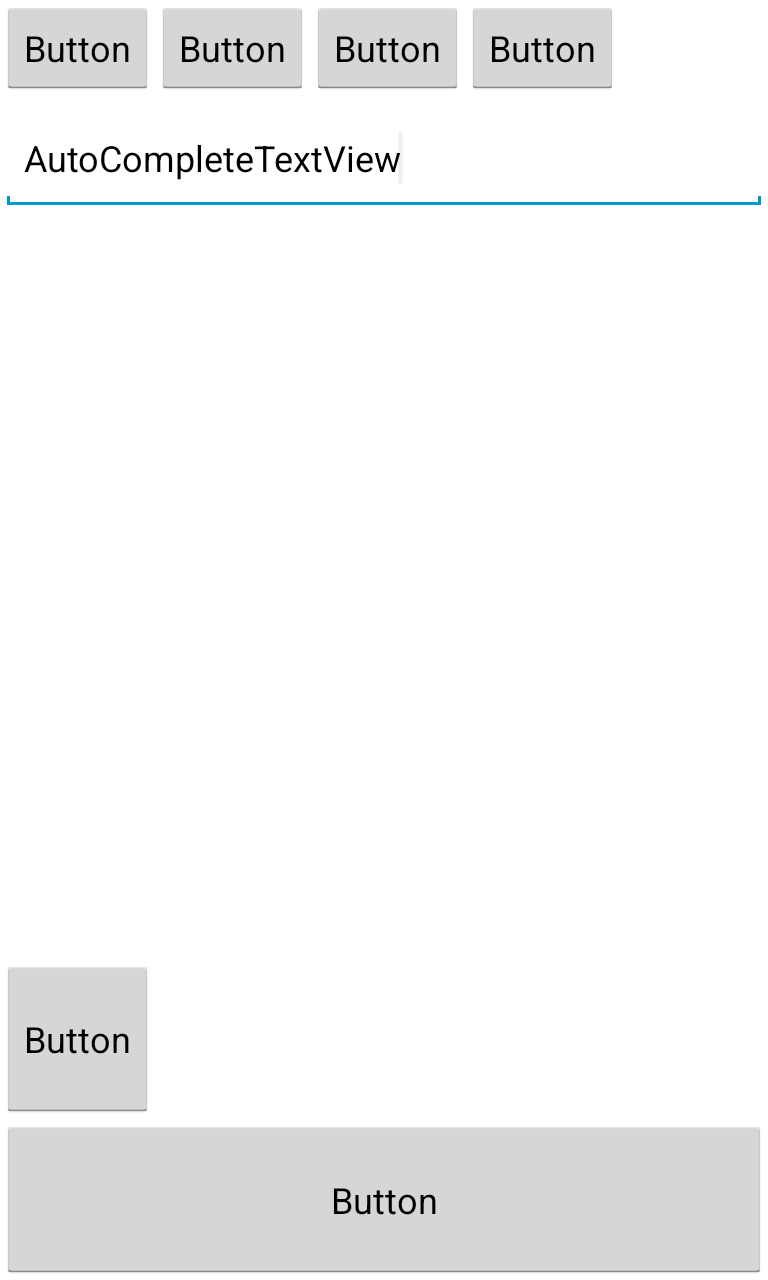
Repository: thinhnk55/android-appshare
Layout: ShareApp/res/layout/activity_main.xml
These files come from the project's save history. The layout is drawn as it stood at one moment and after the next save; the edit follows.
It is drawn on a 768 x 1280 px phone screen (xhdpi) without system bars, with theme AppTheme; the app's code is not run.

Above is the layout before, as saved 2014-07-01 16:27:25.

After the next save:
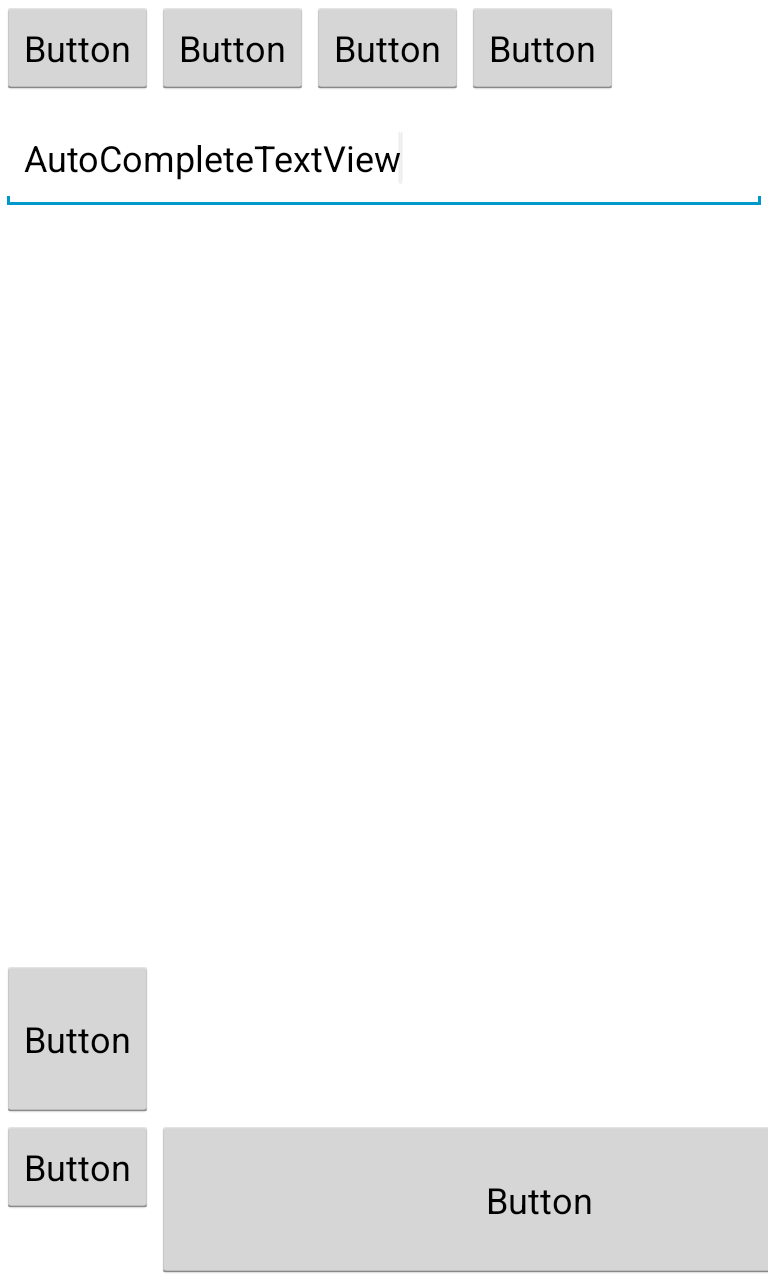
Saved 17 s later.
--- a/ShareApp/res/layout/activity_main.xml
+++ b/ShareApp/res/layout/activity_main.xml
@@ -82,8 +82,9 @@
 
             <Button
                 android:id="@+id/button6"
-                android:layout_width="match_parent"
+                android:layout_width="0"
                 android:layout_height="match_parent"
+                android:layout_weight="10"
                 android:text="Button" />
 
             <Button
